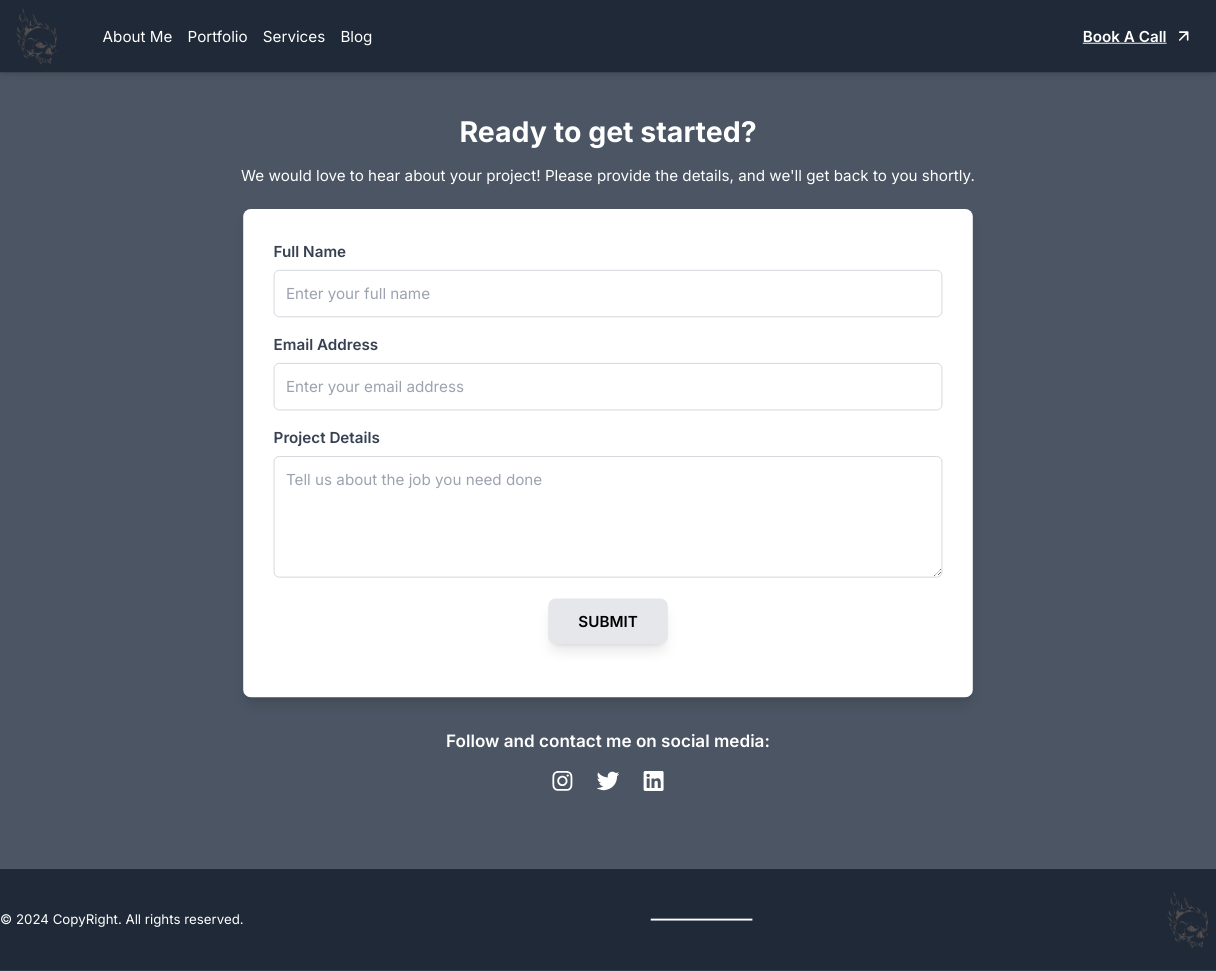
Repository: TheSecretlifeOfX/landing1
Page: /CallToAction
An editor plug-in stored every save of this project. The page is shown before and after the next save, followed by the edit.
The browser window is 1280 px wide. The pictures show the whole page, at 95% of full size.
The project was rebuilt for these pictures with package versions that can differ from the ones it lists, and the page was loaded fresh each time. The framework's server and built-in components were replaced by stand-ins that run in the browser. Also part of the build but not shown: next.config.js.

Above is the page before, as saved 2024-11-16 08:42:30.

After the next save:
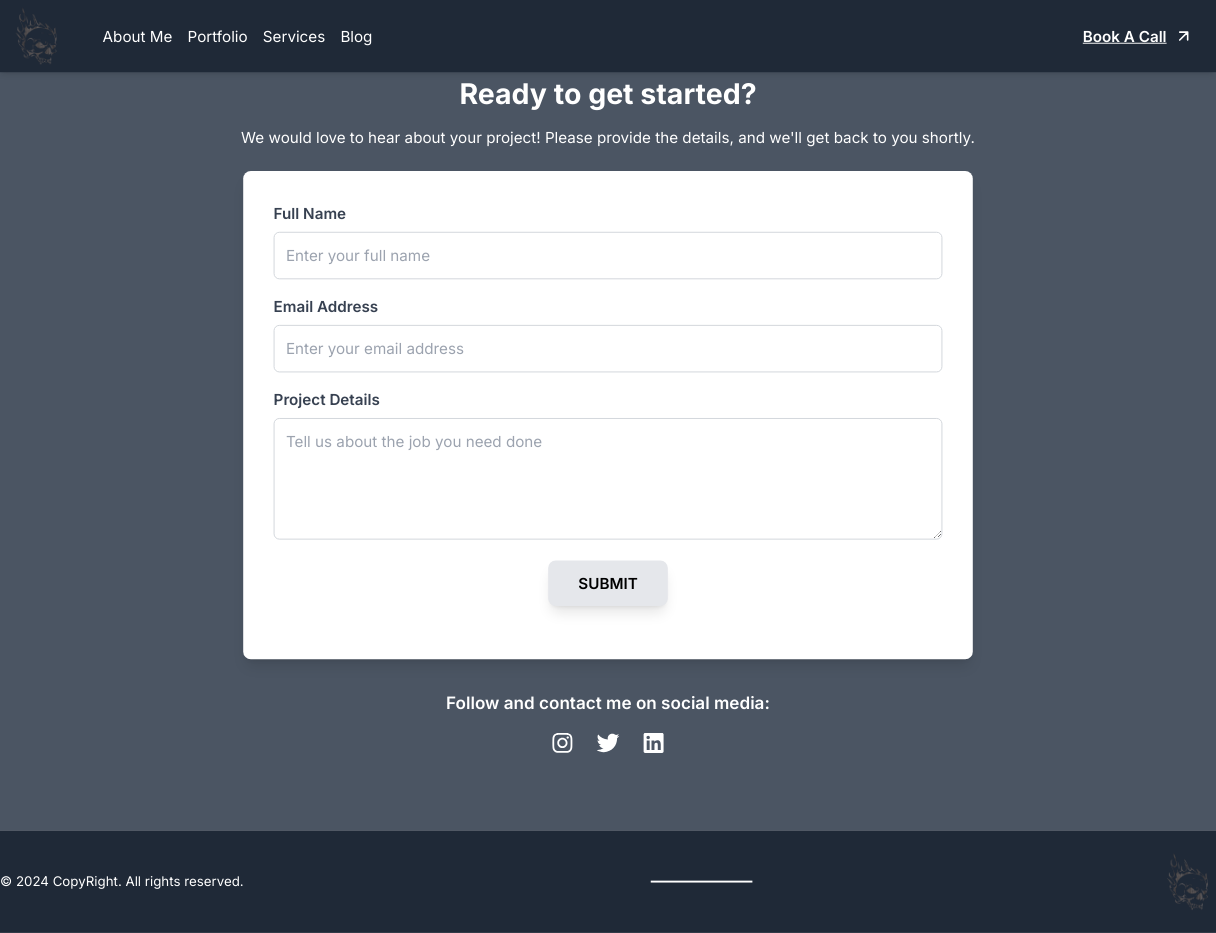
Saved 17 s later.
--- a/app/components/CallToAction.tsx
+++ b/app/components/CallToAction.tsx
@@ -3,7 +3,7 @@ import { FaInstagram, FaTwitter, FaLinkedin } from 'react-icons/fa'; // Import i
 
 export default function CallToAction() {
   return (
-    <section id="contact" className="py-20 text-center bg-gray-600 text-white mt-10">
+    <section id="contact" className="py-20 text-center bg-gray-600 text-white mt-[-10]">
       <h2 className="text-3xl font-bold mb-4">Ready to get started?</h2>
       <p className="mb-6">We would love to hear about your project! Please provide the details, and we'll get back to you shortly.</p>
 
